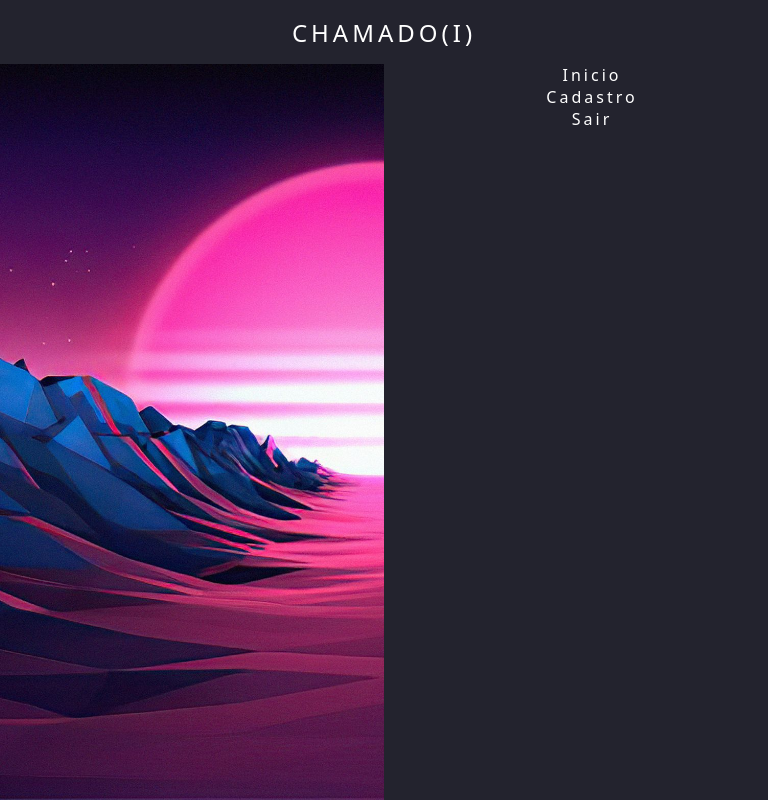
Repository: isaquemc2001/isaque-utilities
Page: index.html
These files come from the project's save history. The page is drawn as it stood at one moment and after the next save; the edit follows.
The browser window is 768 px wide. The pictures show the whole page.

Above is the page before, as saved 2021-10-28 09:19:38.

### index.html
<!DOCTYPE html>
<html lang="pt-br">

<head>
    <meta charset="UTF-8">
    <meta http-equiv="X-UA-Compatible" content="IE=edge">
    <meta name="viewport" content="width=device-width, initial-scale=1.0">
    <title>Chamado</title>

    <link rel="stylesheet" href="style.css">
</head>

<body>

    <header>
        <nav>
            <a class="logo" href="#">Chamado(i)</a>
            <div class="mobile-menu">
                <div class="line1"></div>
                <div class="line2"></div>
                <div class="line3"></div>
            </div>
            <ul class="nav-list">
                <li><a href="#">Inicio</a></li>
                <li><a href="#">Cadastro</a></li>
                <li><a href="#">Sair</a></li>
            </ul>
        </nav>
    </header>

    <main></main>

</body>

</html>

### style.css
*{
    margin: 0;
    padding: 0;
}

a {
    color: white;
    text-decoration: none;
    transition: 0.3s;
}

a:hover{
    opacity: 0.7;
}

.logo{
    font-size: 24px;
    text-transform: uppercase;
    letter-spacing: 4px;
}

nav{
    display: flex;
    justify-content: space-around;
    align-items: center;
    font-family: system-ui, -apple-system, Helvetica, Arial, sans-serif;
    background: #23232e;
    height: 8vh;
}

main{
    background: url("bg.jpg") no-repeat center center;
    background-size: cover;
    height: 92vh;
}

.nav-list{
    list-style: none;
    display: flex;
}

.nav-list li{
    letter-spacing: 3px;
    margin-left: 32px;
}

.mobile-menu {
    display: none;
    cursor: pointer;
}

.mobile-menu div {
    width: 32px;
    height: 2px;
    background: #fff;
    margin: 8px;
}

@media (max-width: 999px) {
    .nav-list {
        position: absolute;
        top: 8vh;
        right: 0;
        width: 50vw;
        height: 92vh;
        background: #23232e;
        flex-direction: column;
        align-items: center;
    }
}

After the next save:
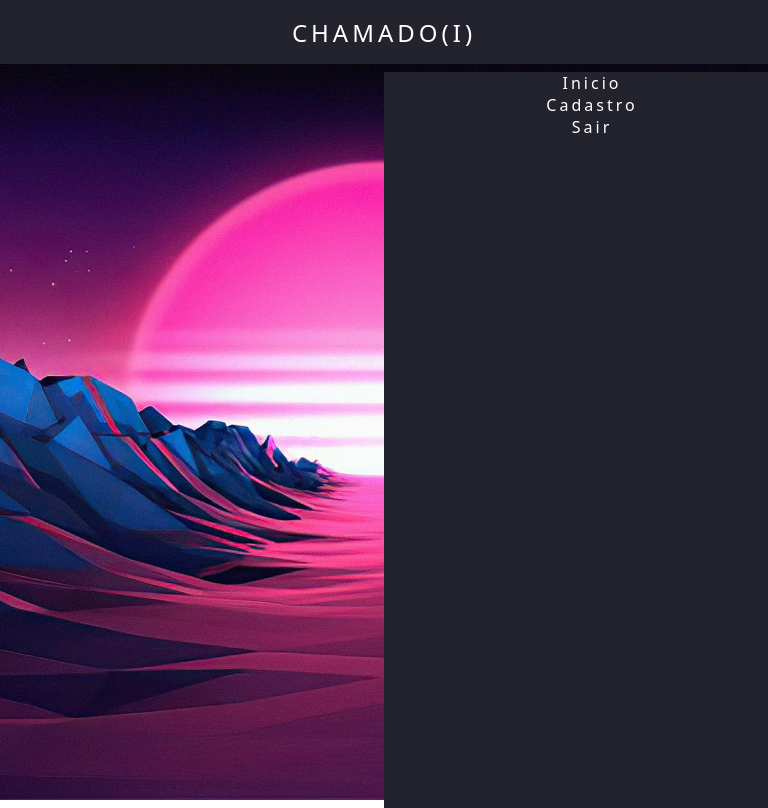
Saved 101 s later.
--- a/style.css
+++ b/style.css
@@ -66,5 +66,6 @@
         background: #23232e;
         flex-direction: column;
         align-items: center;
+        margin-top: 8px;
     }
 }

After the save that followed:
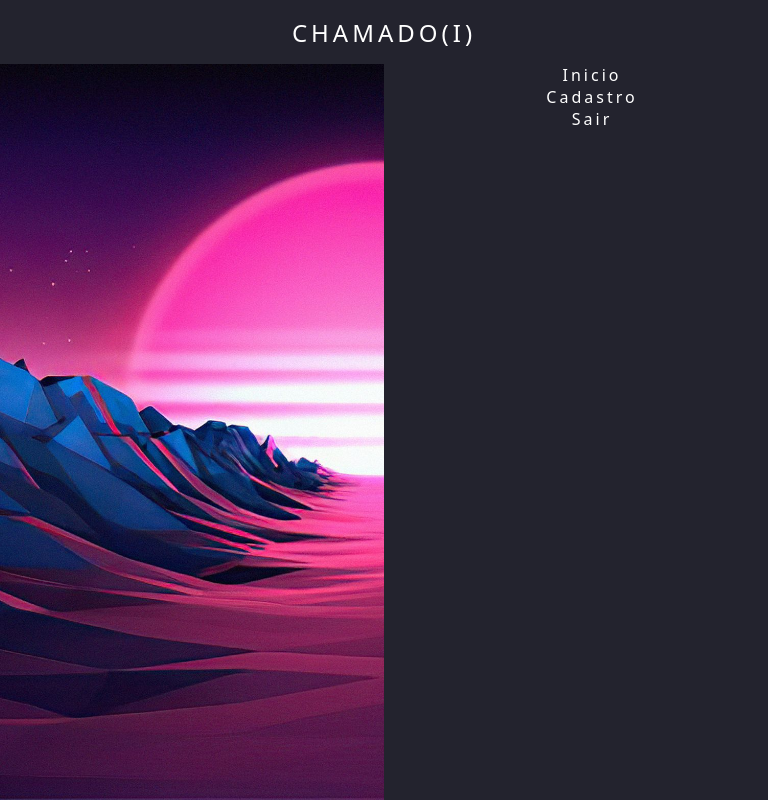
Saved 6 s later.
--- a/style.css
+++ b/style.css
@@ -66,6 +66,5 @@
         background: #23232e;
         flex-direction: column;
         align-items: center;
-        margin-top: 8px;
     }
 }
